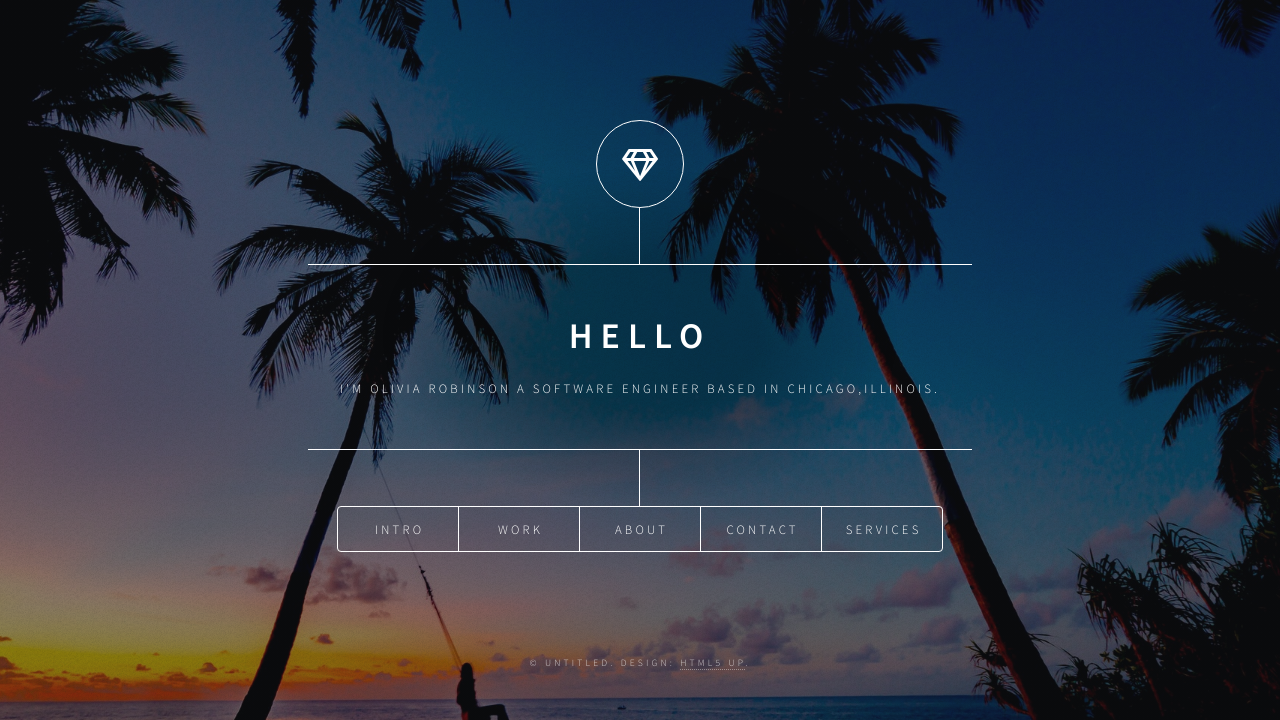
Repository: lvcg/2022-portfolio
Page: index.html
The author's editor kept a copy of each file at every save. The page is drawn from the files as they stood at one save, then again after the next save.
The browser window is 1280 px wide. The pictures show the whole page.

Above is the page before, as saved 2023-02-13 23:16:33.

After the next save:
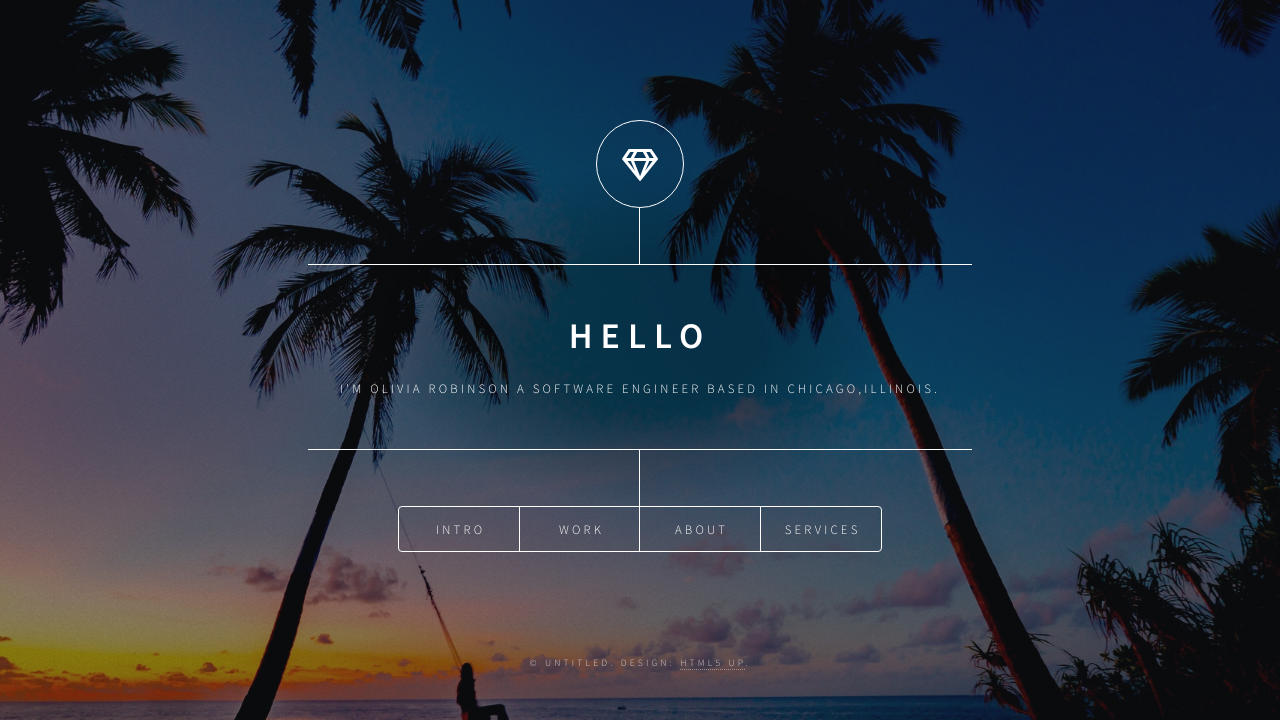
Saved 24 s later.
--- a/index.html
+++ b/index.html
@@ -33,7 +33,6 @@
 								<li><a href="#intro">Intro</a></li>
 								<li><a href="#work">Work</a></li>
 								<li><a href="#about">About</a></li>
-								<li><a href="#contact">Contact</a></li>
 								<li><a href="#services">Services</a></li>
 								<!--<li><a href="#elements">Elements</a></li>-->
 							</ul>
